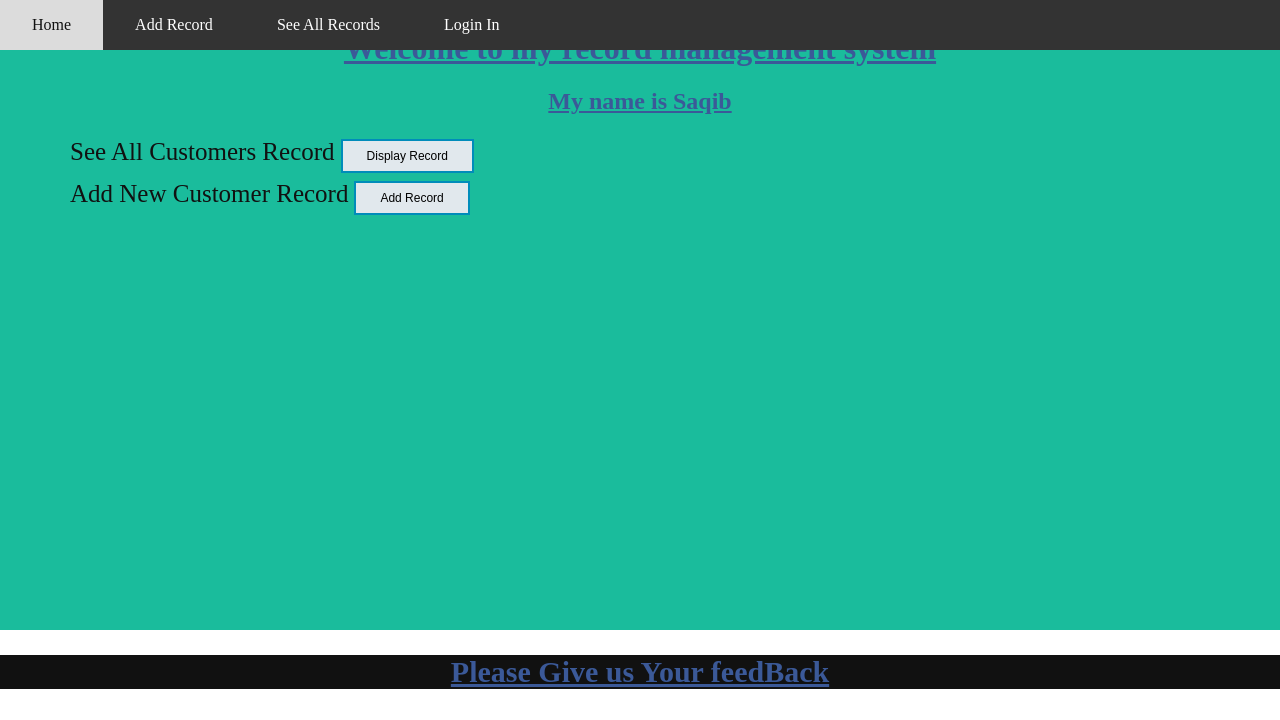
Repository: MUHAMMAD-SAQIB-2000/SpringBoot
Page: http://localhost/WebServiceRecordManagementSystem/home.jsp
These files come from the project's save history. The page is drawn as it stood at one moment and after the next save; the edit follows.
The browser window is 1280 px wide. The pictures show the whole page.
The page is served by Tomcat 9. Other server files are loaded and not shown.

Above is the page before, as saved 2020-08-12 13:31:49.

### WebServiceRecordManagementSystem/src/main/webapp/home.jsp
<%@ page language="java" contentType="text/html; charset=ISO-8859-1"
	pageEncoding="ISO-8859-1"%>
<!DOCTYPE html>
<html>
<head>
<meta charset="ISO-8859-1">
<title>Record Management System</title>
<link rel="stylesheet" href="style.css">
</head>
<body>
	<div>
		<ul>
			<li><a class="active" href="#home">Home</a></li>
			<li><a href="#news">Add Record</a></li>
			<li><a href="#contact">See All Records</a></li>
			<li><a href="#about">Login In</a></li>
		</ul>
	</div>

	<div class="mainBody">

		<h1 class="h">Welcome to my record management system</h1>
		<h2 class="h">My name is Saqib</h2>
		<div class="form">
			<label class="title">See All Customers Record</label>
			<button class="button button2"
				onclick="window.location.href = 'displayAllCustomers' ">Display
				Record</button>
			<br> <label class="title">Add New Customer Record</label>
			<button class="button button2"
				onclick="window.location.href = 'addCustomerForm' ">Add
				Record</button>
		</div>
	</div>
	<footer class="foter">
		<h2 class="h">Please Give us Your feedBack</h2>
	</footer>
</body>
</html>

### WebServiceRecordManagementSystem/src/main/webapp/style.css
@charset "ISO-8859-1";

body {
	margin: 0px;
	padding: 0px;
}

ul {
	list-style-type: none;
	margin: 0;
	padding: 0;
	overflow: hidden;
	background-color: #333;
	position: fixed;
	top: 0;
	width: 100%;
}

li {
	float: left;
}

li a {
	display: block;
	color: white;
	text-align: center;
	padding: 16px 32px;
	text-decoration: none;
	font-size:16px;
}

li a:hover {
	background-color: 	#DCDCDC;
	color:#111;
}

.active {
	background-color: #4CAF50;
}
.mainBody{
	padding: 0px 20px;
	margin-top:30px;
	background-color:#1abc9c;
	height:600px;
}

.h {
	color: #3B5998;
	text-align: center;
	text-decoration: underline;
}

table, th, td {
	background-color: #E1E8ED;
	color: #111;
	text-align: center;
	border: 2px solid #008CBA;
	margin: 10px;
	padding: 5px;
}

th:hover, td:hover {
	border: 2px solid #111;
	background-color: #008CBA;
	color: white;
	transition-duration: 0.4s;
}

.tableCSS {
	background-color: #E1E8ED;
	color: #111;
	margin: 5% 22%;
}

.button {
	border: none;
	color: white;
	padding: 8px 24px;
	text-align: center;
	text-decoration: none;
	display: inline-block;
	font-size: 12px;
	margin: 4px 2px;
	transition-duration: 0.4s;
	cursor: pointer;
}

.button2 {
	background-color: #E1E8ED;
	color: black;
	border: 2px solid #008CBA;
}

.button2:hover {
	background-color: #008CBA;
	color: white;
}

.form {
	text-align: left;
	margin-left: 50px;
}

form {
	width: 100%;
	padding: 12px 20px;
	margin: 8px 0;
	box-sizing: border-box;
}

.title {
	font-size: 25px;
	color: #111;
}

.inputForm {
	width: 30%;
	padding: 10px 18px;
	margin: 6px 0;
	box-sizing: border-box;
	background-color: #F7F7F7;
	color: #111;
}

radiobutton {
	size: 10px;
}

option:hover {
	background-color: #008CBA;
	color: white;
}

a {
	text-decoration: none;
	color: #111;
}

a:hover {
	color: #fff;
	font-size: 16px;
}
.foter{
	background-color: #111;
	color:#fff;
	font-size:20px;
	height:100%;
}

After the next save:
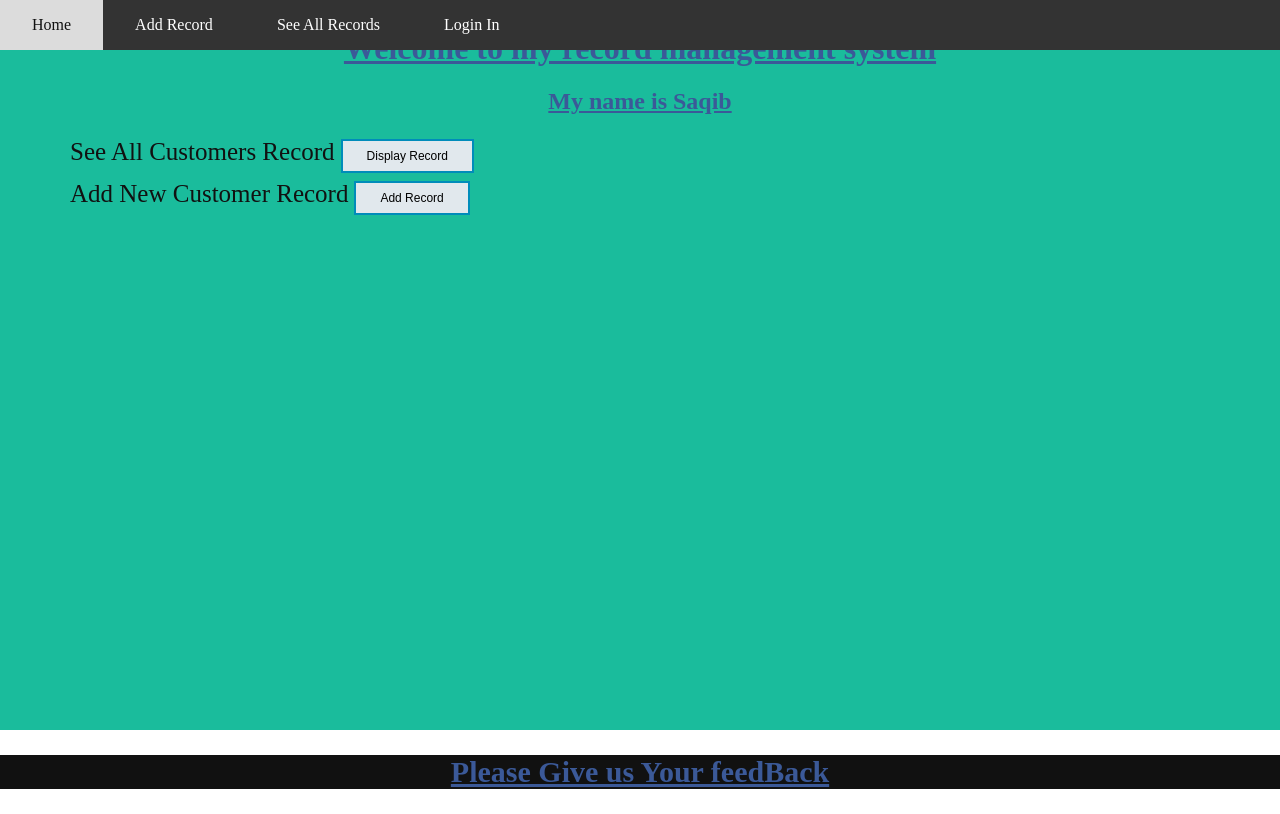
Saved 14 s later.
--- a/WebServiceRecordManagementSystem/src/main/webapp/style.css
+++ b/WebServiceRecordManagementSystem/src/main/webapp/style.css
@@ -41,7 +41,7 @@ li a:hover {
 	padding: 0px 20px;
 	margin-top:30px;
 	background-color:#1abc9c;
-	height:600px;
+	height:700px;
 }
 
 .h {
